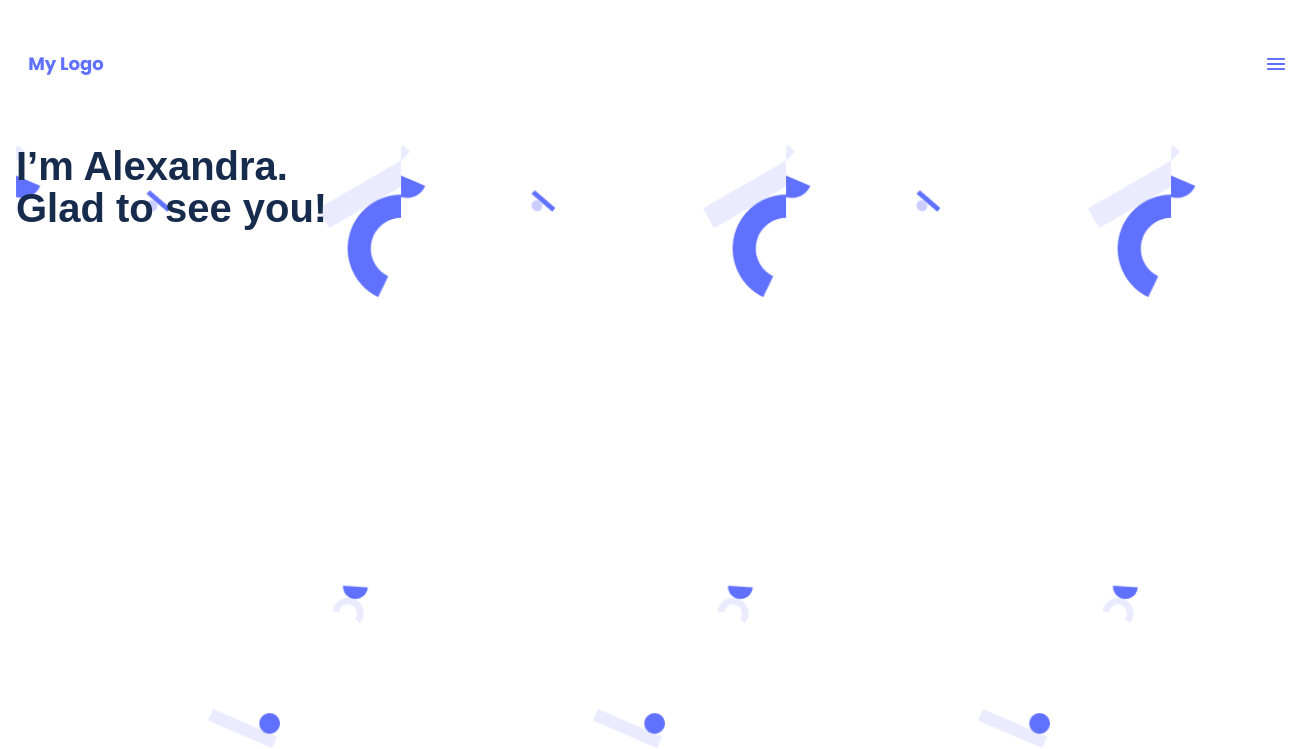
Repository: Paulinelali/potfoilo.github.io
Page: public/index.html
The author's editor kept a copy of each file at every save. The page is drawn from the files as they stood at one save, then again after a run of saves.
The browser window is 1280 px wide. The page is 1296 px wide, so the pictures cover 1296 px, including what lies to the right of the window. The pictures show the whole page.

Above is the page before, as saved 2023-03-24 21:30:27.

### public/index.html
<!DOCTYPE html>
<html lang="en">
<head>
    <meta charset="UTF-8">
    <meta http-equiv="X-UA-Compatible" content="IE=edge">
    <meta name="viewport" content="width=device-width, initial-scale=1.0">
    <link rel="stylesheet" href="../styles/style.css">
    <title>Ayomide S.E.P</title>
</head>
<body>

    <header class="header header-top">
        <div class="header-inner sp-btw-flex">
            <div class="heoader-log">
                <img src="../assets/Logo Placeholder.png" alt="">
            </div>
            <div class="header-mobile-icon">
                <img src="../assets/Normal Button/Tertiary/Enabled.png" alt="">
            </div>
        </div>
    </header>

    <section class="intro-section">
        <h2 class="intro-title">I’m Alexandra.
            Glad to see you!</h2>
    </section>
</body>
</html>

### styles/style.css
*{
    box-sizing: border-box;
    padding: 0px;
    margin: 0px;
}
body{ padding: 0px 16px;}
.intro-section{
    background-image: url("../assets/header-shapes\ mobile.png");
    width: 100%;
    background-size: contain;
    position: absolute;
    top: 145px;
    height: 604px;

}

.intro-title{
    font-family: 'Poppins', sans-serif;
    font-size: 40px;
    font-weight: 700;
    line-height: 42px;
    color: #172B4D;
    width: 327px;
    align-items: center;
}

.header-inner{
    position: absolute;
    width: 100%;
    height: 48px;
    top: 44px;
    display: flex;
    justify-content: space-between;
}

.sp-btw-flex{ display: flex;}
.sp-btw-fle .heoader-log{
    width: 40px;
    height: 40px;
    left: 24px;
    top: cal(50% -40px/2);
    border-radius: 8px;
    -webkit-border-radius: 8px;
    -moz-border-radius: 8px;
    -ms-border-radius: 8px;
    -o-border-radius: 8px;
}

.header-mobile-icon{
    width: 40px;
    height: 40px;
    right: 24px;
    top: cal(50% -40px/2);
    border-radius: 8px;
    -webkit-border-radius: 8px;
    -moz-border-radius: 8px;
    -ms-border-radius: 8px;
    -o-border-radius: 8px;
}

After the next 3 saves:
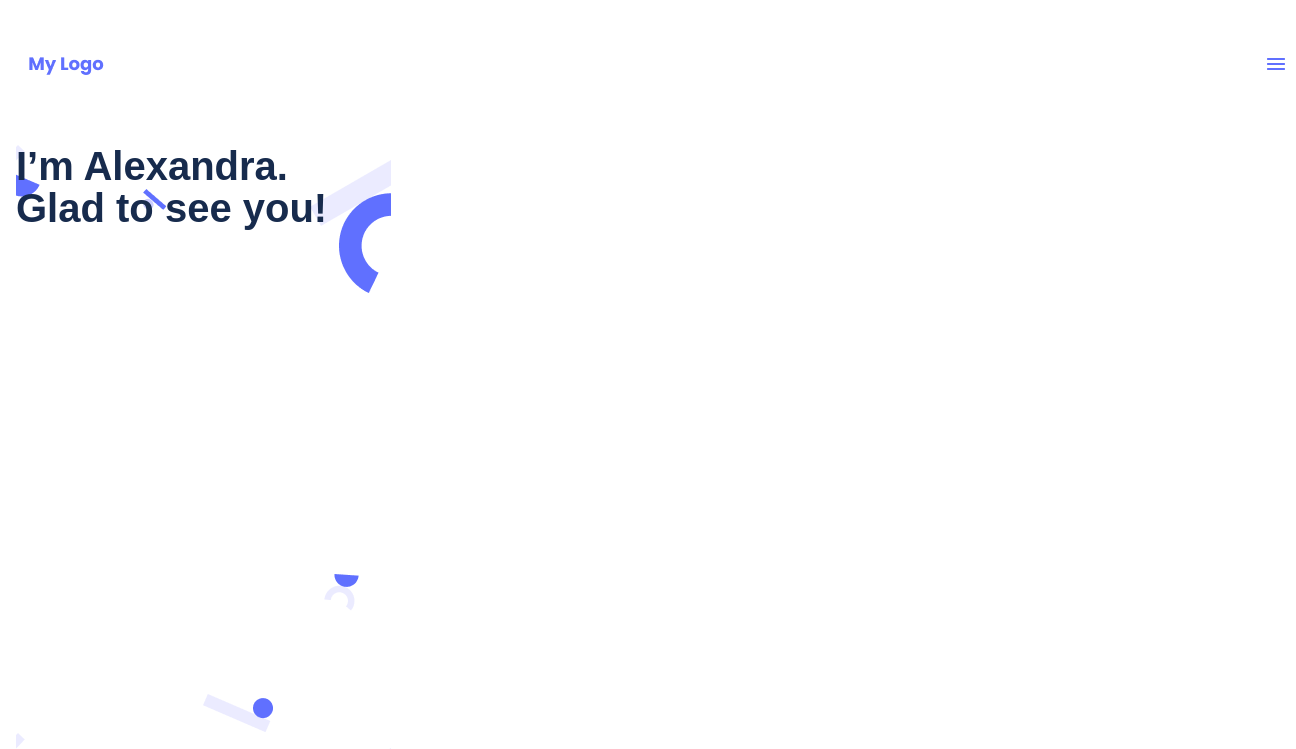
The 3 saves are shown as one change because they came seconds apart.
The last was saved 9 s later.
--- a/styles/style.css
+++ b/styles/style.css
@@ -6,7 +6,7 @@
 body{ padding: 0px 16px;}
 .intro-section{
     background-image: url("../assets/header-shapes\ mobile.png");
-    width: 100%;
+    width: 375px;
     background-size: contain;
     position: absolute;
     top: 145px;
